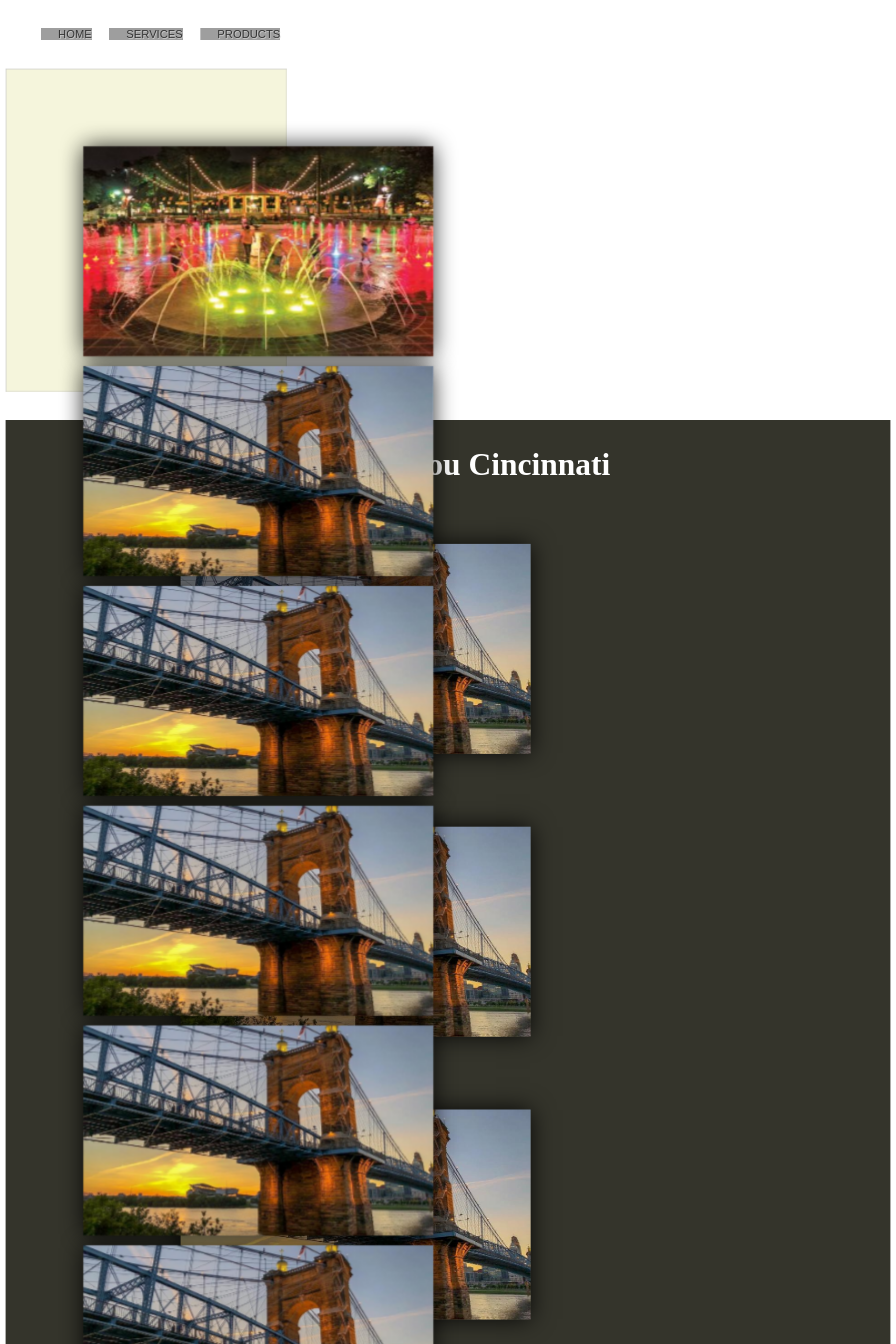
Repository: LtGriff/capstoneprogress
Page: index.html
An editor plug-in stored every save of this project. The page is shown before and after the next save, followed by the edit.
The browser window is 1280 px wide. The pictures show the part of the page from y = 0 to 1920 px (the page is 3160 px tall before and 4090 px after), at 70% of full size.
Pictures or frames that could not be fetched are drawn as grey boxes.

Above is the page before, as saved 2022-06-06 03:36:41.
Console error: TypeError: Cannot read properties of null (reading 'addEventListener')

### index.html
<!DOCTYPE html>
<html lang="en">
<head>
     <meta charset="UTF-8">
     <meta http-equiv="X-UA-Compatible" content="IE=edge">
     <meta name="viewport" content="width=device-width, initial-scale=1.0">
     <title>Document</title>
     <link rel="stylesheet" href="style.css">
     <script src="script.js"></script>

</head>
<body>


     </html><nav id="main-menu">
     <ul class="nav-bar">
          <li class="nav-button-home"><a href="#">Home</a></li>
          <li class="nav-button-services"><a href="#">Services</a></li>
          <li class="nav-button-products"><a href="#">Products</a></li>
     </ul>
</nav>


<section class="gallery scene--card">

          <div class="card">
               <div class="card__face card__face--front">
                    <img src="img/Park.jpg" alt="bridge">
               </div>

               <div class="card__face card__face--back">
               </div>

          </div>





               <!--IM MF LOST BOI-->





               <div class="card">
                    <img src="img/bridge.jpg" alt="bridge">


               </div>

               <div class="card">
                    <img src="img/bridge.jpg" alt="bridge">


               </div>

               <div class="card">
                    <img src="img/bridge.jpg" alt="bridge">


               </div>


               <div class="card">
                    <img src="img/bridge.jpg" alt="bridge">


               </div>

               <div class="card">
                    <img src="img/bridge.jpg" alt="bridge">


               </div>

               <div class="card">
                    <img src="img/bridge.jpg" alt="bridge">


               </div>

               <div class="card">
                    <img src="img/bridge.jpg" alt="bridge">


               </div>
</section>





<section class="gallerytwo">


                    <div class="city">
                         <h1>Showing You Cincinnati</h1>
                    </div>



     <div class="picture">
          <img src="img/bridge.jpg" alt="bridge">



     </div>

     <div class="picture">
          <img src="img/bridge.jpg" alt="bridge">


     </div>

     <div class="picture">
          <img src="img/bridge.jpg" alt="bridge">


     </div>

     <div class="picture">
          <img src="img/bridge.jpg" alt="bridge">


     </div>


     <div class="picture">
          <img src="img/bridge.jpg" alt="bridge">


     </div>

     <div class="picture">
          <img src="img/bridge.jpg" alt="bridge">


     </div>
</section>


</body>

### style.css
body { font-family: sans-serif; }

#main-menu .nav-bar { list-style:none; margin-top: 40px; }
#main-menu .nav-bar li { display:inline; padding:0 10px; }

#main-menu .nav-bar li a {
  text-decoration: none;
  padding-left: 25px;
  text-transform: uppercase;
  color: #333;
	text-shadow: 1px 1px 1px #ccc;
}

.nav-bar .nav-button-home a { background:url("https://www.cheesetoast.co.uk/cheesepress/wp-content/uploads/2012/08/home.gif") no-repeat 0px -2px transparent; }

.nav-bar .nav-button-services a { background:url("https://www.cheesetoast.co.uk/cheesepress/wp-content/uploads/2012/08/services.gif") no-repeat 0px -2px transparent; }

.nav-bar .nav-button-products a { background:url("https://www.cheesetoast.co.uk/cheesepress/wp-content/uploads/2012/08/products.gif") no-repeat 0px -2px transparent; }




.gallery{
  display: flex;
  flex-direction: row;
  flex-wrap: wrap;
  /* justify-content: space-between; */
  background-color: beige;
  height: 100%;
  padding-left: 100px;
  padding-bottom: 100px;
  padding-top: 100px;
  padding-right: 100px;
  width: 200px;
  height: 260px;
  border: 1px solid #CCC;
  margin: 40px 0;
  perspective: 600px;
}

.gallery .card{
  margin-left: 10px;
  margin-right: 10px;
  margin-top: 10px;

  /* TEST */
  transition: transform 1s;
  transform-style: preserve-3d;
  cursor: pointer;
  position: relative;
}


.gallery .card img{
  width: 500px;
  height: 300px;
  box-shadow: 0px 0px 32px -1px rgba(0, 0, 0, 0.9);
}

.card.is-flipped {
  transform: rotateY(180deg);
}

.card__face {
  webkit-backface-visibility: hidden;
  backface-visibility: hidden;
  object-fit: cover;

}

.card__face--back {
  background-image: url(img/meandog.jpg);
  transform: rotateY(180deg);

}





























/* Gallery two */


.gallerytwo{
  display: flex;
  flex-direction: row;
  flex-wrap: wrap;
  justify-content: space-between;
  background-color: rgb(52, 52, 43);
  height: 100%;
  padding: 0px 200px;
}

.gallerytwo .picture{
  margin: 50px;
}

.gallerytwo .picture img{
  width: 500px;
  height: 300px;
  box-shadow: 0px 0px 32px -1px rgba(0, 0, 0, 0.9);
}

.city{
  width: 100%;
  text-align: center;
  color: white;
  font-size: 30px;
  font-family: cursive;

}

### script.js
var card = document.querySelector('.card');
card.addEventListener( 'click', function() {
  card.classList.toggle('is-flipped');
});

After the next save:
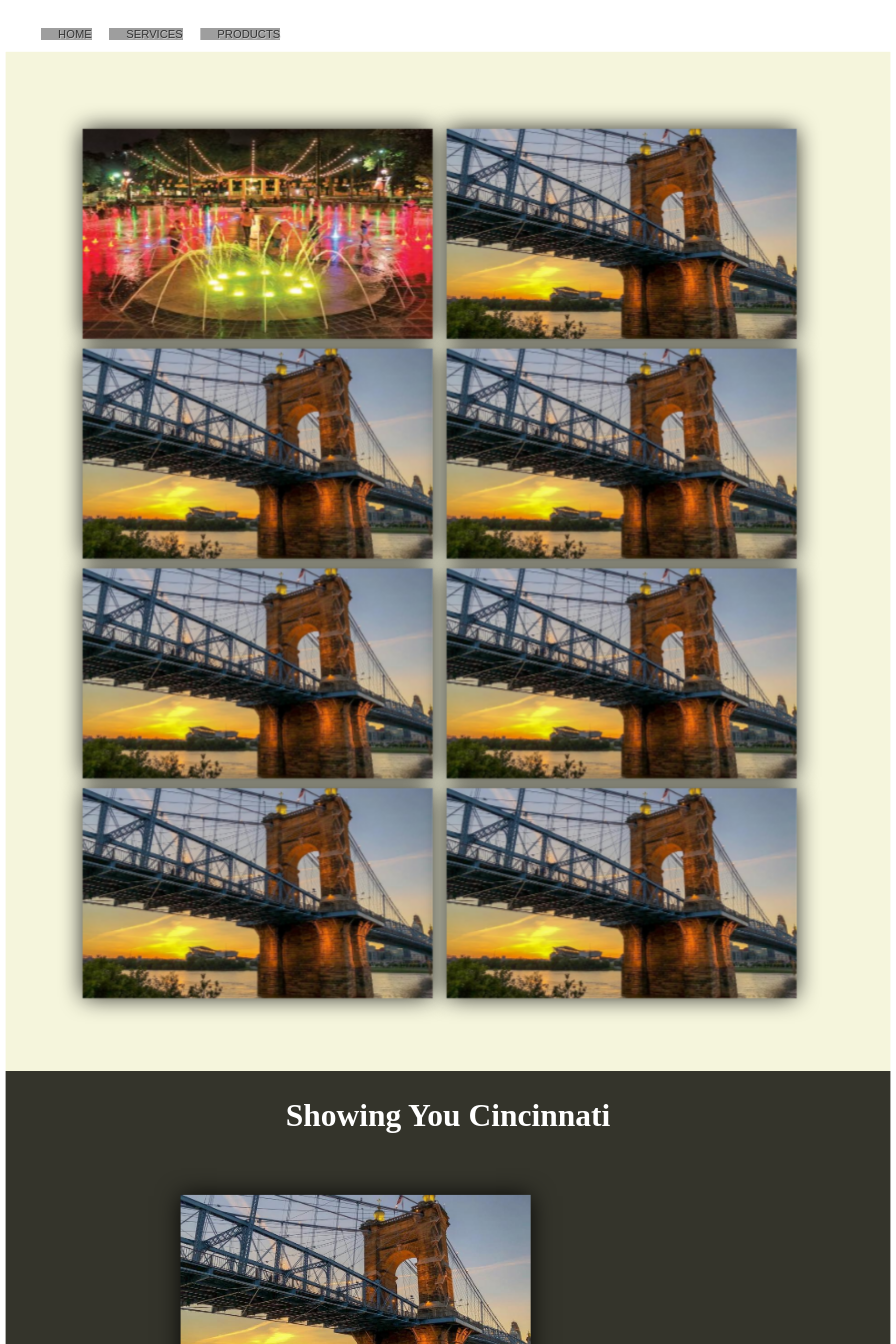
Saved 4 s later.
--- a/style.css
+++ b/style.css
@@ -31,11 +31,7 @@ body { font-family: sans-serif; }
   padding-bottom: 100px;
   padding-top: 100px;
   padding-right: 100px;
-  width: 200px;
-  height: 260px;
-  border: 1px solid #CCC;
-  margin: 40px 0;
-  perspective: 600px;
+
 }
 
 .gallery .card{
